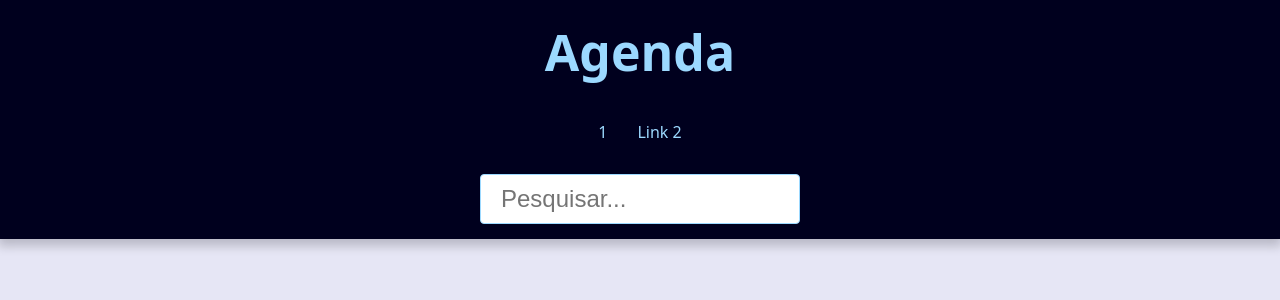
Repository: Anajuliabm248/Agenda
Page: http://localhost/
The author's editor kept a copy of each file at every save. The page is drawn from the files as they stood at one save, then again after a run of saves.
The browser window is 1280 px wide. The pictures show the whole page.
The page is served by the project's application, run on Django 5.2 (manage.py). Other server files are loaded and not shown. Queries for data that is not in the repository find no rows.

Above is the page before, as saved 2026-05-03 19:19:56.

### contact/templates/contact/index.html
{% include 'global/base.html' %}

{% block content %}
    {% if page_obj %}
        <main class="content">
            <div class="responsive-table">
                <table class="contacts-table">
                    <caption class="table-caption">
                        Contatos
                    </caption>
                    <thead>
                        <tr class="table-row table-row-header">
                            <th class="table-header">ID</th>
                            <th class="table-header">Nome</th>
                            <th class="table-header">Sobrenome</th>
                            <th class="table-header">Telefone</th>
                            <th class="table-header">E-mail</th>
                        </tr>
                    </thead>
                    <tbody>
                        {% for contact in page_obj %}
                            <tr class="table-row">
                                <td class="table-cel">
                                    <a class="table-link" href="{% url 'contact:contact' contact.id %}">{{ contact.id }}</a>
                                </td>
                                <td class="table-cel">
                                    {{ contact.first_name }}
                                </td>
                                <td class="table-cel">
                                    {{ contact.last_name }}
                                </td>
                                <td class="table-cel">
                                    {{ contact.phone }}
                                </td>
                                <td class="table-cel">
                                    {{ contact.email }}
                                </td>
                            </tr>
                        {% endfor %}
                    </tbody>
                </table>
            </div>

            {% include 'global/partials/pagination.html' %}

        </main>
    {% endif %}
{% endblock content %}

### base_templates/global/base.html
{% load static %}
<!DOCTYPE html>
<html lang="pt_BR">
<head>
    <meta charset="UTF-8">
    <title>{% block title %}{{ title }}{% endblock title %}</title>
    <link rel="stylesheet" href="{% static 'global/css/styles.css' %}">
</head>
<body>

    {% include 'global/partials/_header.html' %}

    {% block content %}

    {% endblock content %}

</body>
</html>

### base_templates/global/partials/_header.html
<header class="header">
        <h1 class="header-heading">
            <a href="{% url 'contact:index' %}" class="header-link">Agenda</a>
        </h1>
        <nav class="menu">
            <ul class="menu-list">
                <li class="menu-item">
                    <a href="{% url 'contact:create' %}" class="menu-link"> 1</a>
                </li>
                <li class="menu-item">
                    <a href="" class="menu-link">Link 2</a>
            </ul>
        </nav>

        <div class="search">
            <form action="{% url 'contact:search' %}" method="GET">
                <input type="text" name="q" id="search" class="search-input" placeholder="Pesquisar..." value="{{ search_value }}">
            </form>
        </div>
    </header>

### contact/views/contact_views.py

from django.shortcuts import redirect, render, get_object_or_404
from contact.models import Contact
from django.db.models import Q
from django.core.paginator import Paginator
# Create your views here.

def index(request):
    print('contatos | index')
    contacts = Contact.objects.filter(show=True).order_by('id')

    #o paginator do django é uma classe para a criação de paginação em lista de objetos
    #ver mais sobre ele em: https://docs.djangoproject.com/en/4.2/topics/pagination/
    paginator = Paginator(contacts, 10)  # Exibe 10 contatos por página
    page_number = request.GET.get('page')
    page_obj = paginator.get_page(page_number)

    context= {
        'title': 'Contatos -  Agenda',
        'page_obj': page_obj,
    }

    return render(
        request,
        'contact/index.html',
        context
    )

def search(request):
    search_value = request.GET.get('q', '').strip()

    if not search_value:
        return redirect('contact:index')

    #icontains é case insensitive, ou seja, não diferencia maiúsculas de minúsculas
    #icontains é um filtro de consulta do Django que é usado para realizar buscas em campos de texto;
    #Ele é utilizado para verificar se um determinado valor está contido em um campo de texto, independentemente de como as letras estão capitalizadas.
    contacts = Contact.objects \
        .filter(show=True) \
        .filter(
                Q(first_name__icontains=search_value) |
                Q(last_name__icontains=search_value)  |
                Q(phone__icontains=search_value)      |
                Q(email__icontains=search_value)
        ) \
        .order_by('id')


    paginator = Paginator(contacts, 10)  # Exibe 10 contatos por página
    page_number = request.GET.get('page')
    page_obj = paginator.get_page(page_number)

    context= {
        'title': 'Contatos -  Agenda',
        'page_obj': page_obj,
        'search_value': search_value,
    }

    return render(
        request,
        'contact/index.html',
        context
    )


def contact(request, contact_id):
    single_contact = get_object_or_404(Contact, id = contact_id, show = True)

    # O título da página é o nome do contato seguido de " - Agenda"
    site_title = f'{single_contact.first_name} {single_contact.last_name} - Agenda'

    context= {
        'title': site_title,
        'contact': single_contact,
    }

    return render(
        request,
        'contact/contact.html',
        context
    )

### Agenda/urls.py
"""
URL configuration for Agenda project.

The `urlpatterns` list routes URLs to views. For more information please see:
    https://docs.djangoproject.com/en/6.0/topics/http/urls/
Examples:
Function views
    1. Add an import:  from my_app import views
    2. Add a URL to urlpatterns:  path('', views.home, name='home')
Class-based views
    1. Add an import:  from other_app.views import Home
    2. Add a URL to urlpatterns:  path('', Home.as_view(), name='home')
Including another URLconf
    1. Import the include() function: from django.urls import include, path
    2. Add a URL to urlpatterns:  path('blog/', include('blog.urls'))
"""
from django.contrib import admin
from django.urls import path, include
from django.conf.urls.static import static
from django.conf import settings


urlpatterns = [
    path('admin/', admin.site.urls),
    path('', include('contact.urls'))
]

urlpatterns += static(settings.MEDIA_URL, document_root=settings.MEDIA_ROOT)
urlpatterns += static(settings.STATIC_URL, document_root=settings.STATIC_ROOT)

### contact/urls.py
from django.urls import path
from contact import views

app_name = 'contact'

urlpatterns = [
    path('', views.index, name='index'),
    path('search/', views.search, name='search'),
    #crud de contatos
    path('contact/<int:contact_id>/detail/', views.contact, name='contact'),
    path('contact/create/', views.create, name='create'),
]

### base_static/global/css/styles.css
:root {
  --spacing: 1.5rem;
  --link-dark-color: rgb(0, 83, 134);
  --link-light-color: rgb(156, 217, 255);
  --clr-white: rgb(245, 245, 255);
  --clr-black: rgb(0, 0, 30);
  --clr-light-gray: rgb(230, 230, 245);
  --clr-dark-shadow-5: rgba(0, 0, 10, 5%);
  --clr-dark-shadow-10: rgba(0, 0, 10, 10%);
  --clr-dark-shadow-20: rgba(0, 0, 10, 20%);
  --clr-light-shadow-5: rgba(200, 200, 255, 5%);
  --clr-light-shadow-10: rgba(200, 200, 255, 10%);
  --clr-light-shadow-20: rgba(200, 200, 255, 20%);
  --main-page-width: 120rem;
  --table-min-width: 60rem;
  --biggest-font-size: 5rem;
  --bigger-font-size: 4rem;
  --big-font-size: 3.2rem;
  --medium-font-size: 2.4rem;
  --small-font-size: 1.6rem;
  --smaller-font-size: 1.4rem;
  --smallest-font-size: 1.2rem;
  --transition-fast: 300ms;
  --transition-medium: 600ms;
  --transition-slow: 1s;
  --default-border-radius: 4px;
}

*,
*::before,
*::after {
  margin: 0;
  padding: 0;
  box-sizing: border-box;
}

html {
  font-size: 62.5%;
}

body {
  font-family: system-ui, -apple-system, BlinkMacSystemFont, 'Segoe UI', Roboto,
    Oxygen, Ubuntu, Cantarell, 'Open Sans', 'Helvetica Neue', sans-serif;
  line-height: 1.5;
  font-size: var(--small-font-size);
  color: var(--clr-black);
  -webkit-font-smoothing: antialiased;
  background: var(--clr-light-gray);
}

img,
svg {
  display: block;
  max-width: 100%;
}

.header {
  background: var(--clr-black);
  padding: var(--spacing);
  box-shadow: 0 5px 10px 2px var(--clr-dark-shadow-20);
  z-index: 1;
  position: relative;
}

.header-heading {
  font-size: var(--biggest-font-size);
  text-align: center;
}

.header-link {
  color: var(--link-light-color);
  text-decoration: none;
  transition: filter var(--transition-fast) ease-in-out;
}

.header-link:hover {
  filter: brightness(70%);
}

.menu {
  margin: var(--spacing);
}

.menu-list {
  list-style: none;
  display: flex;
  justify-content: center;
  flex-flow: row wrap;
}

.menu-link {
  display: block;
  padding: var(--spacing);
  color: var(--link-light-color);
  text-decoration: none;
  transition: background-color var(--transition-fast) ease-in-out;
  border-radius: var(--default-border-radius);
}

.menu-link:hover {
  background: var(--clr-light-shadow-10);
}

.content {
  max-width: var(--main-page-width);
  margin: calc(var(--spacing) * 2) auto;
  padding: var(--spacing);
  background: var(--clr-white);
  box-shadow: 2px 2px 5px var(--clr-dark-shadow-20);
  border-radius: var(--default-border-radius);
}

.responsive-table {
  width: 100%;
  overflow-x: auto;
}

.contacts-table {
  width: 100%;
  min-width: var(--table-min-width);
  border-collapse: collapse;
}

.table-caption {
  font-size: var(--medium-font-size);
  font-weight: bold;
  padding: var(--spacing);
}

.table-row {
  text-align: left;
  text-overflow: ellipsis;
  transition: background-color var(--transition-fast) ease-in-out;
}

.table-row:nth-of-type(2n) {
  background: var(--clr-dark-shadow-5);
}

.table-row:not(.table-row-header):hover {
  background: var(--clr-dark-shadow-10);
}

.table-row-header {
  background: var(--clr-light-gray);
  color: var(--clr-black);
}

.table-cel,
.table-header {
  padding: var(--spacing);
}

.table-link {
  color: var(--link-dark-color);
  transition: color var(--transition-fast) ease-in-out;
  text-decoration: none;
}

.table-link:hover {
  color: var(--clr-black);
}

@media (min-width: 600px) {
  .single-contact {
    max-width: 80%;
    margin: calc(var(--spacing) * 2) auto;
  }
}

.single-contact h1 {
  margin: 1rem 0;
}

.single-contact p {
  margin: 1rem 0;
}

.pagination {
  margin-top: var(--spacing);
  display: flex;
  justify-content: center;
  padding: calc(var(--spacing) * 0.8);
  font-size: var(--small-font-size);
}

.pagination .step-links {
  display: flex;
  gap: calc(var(--spacing) * 0.8);
}

.pagination .step-links a {
  color: var(--link-dark-color);
  transition: color var(--transition-fast) ease-in-out;
  text-decoration: none;
  display: block;
}

.search {
  display: flex;
  justify-content: center;
}

.search-input {
  font-size: var(--medium-font-size);
  padding: 1rem 2rem;
  width: 100%;
  max-width: 32rem;
  border-radius: var(--default-border-radius);
  border: 1px solid var(--link-light-color);
}

.search-input:focus {
  box-shadow: 0 0 15px var(--link-light-color);
}

.message {
  max-width: 600px;
  margin: var(--spacing) auto;
  margin-top: calc(var(--spacing) * 2);
  padding: var(--spacing);
  text-align: center;
  border-radius: var(--default-border-radius);
  font-size: var(--smaller-font-size);
}

.message.success {
  background: rgba(0, 255, 0, 0.3);
  border: 1px solid rgba(0, 255, 0, 90%);
}

.message.error {
  background: rgba(255, 0, 0, 0.3);
  border: 1px solid rgba(255, 0, 0, 90%);
}

.message.warning {
  background: rgba(255, 255, 0, 0.3);
  border: 1px solid rgba(255, 255, 0, 90%);
}

.form-wrapper {
  max-width: 60rem;
  margin: var(--spacing) auto;
}

.form-content {
  margin: var(--spacing) 0;
}

.form-group {
  display: flex;
  flex-direction: column;
  padding-bottom: var(--spacing);
}
.errorlist {
  list-style: none;
  font-size: var(--smaller-font-size);
  color: red;
}

.form-group:has(.errorlist) input{
  border-color:red;
}

.errorlist.nonfield {
  color: inherit;
}

.form-group p {
  margin: 1em 0;
}

.form-group .help-text,
.form-group .help-text ~ ul {
  margin: 0;
  font-size: var(--smallest-font-size);
  list-style: none;
}

.form-group input,
.form-group textarea,
.form-group select {
  padding: 1rem;
  border-radius: var(--default-border-radius);
  border: 1px solid var(--link-dark-color);
}

.form-group input:focus,
.form-group textarea:focus,
.form-group select:focus {
  outline: none;
  box-shadow: 0 0 5px var(--link-dark-color);
}

.form-group label {
  font-size: var(--smaller-font-size);
}

.btn {
  background-color: var(--link-dark-color);
  color: var(--clr-white);
  font-weight: bold;
  border: none;
  padding: 1rem 2rem;
  border-radius: var(--default-border-radius);
  cursor: pointer;
  transition: filter var(--transition-fast) ease-in-out;
}

.btn:hover {
  filter: brightness(90%);
}

.btn:focus,
.btn:active {
  filter: brightness(80%);
  box-shadow: 0 0 5px var(--link-dark-color);
}

After the next 2 saves:
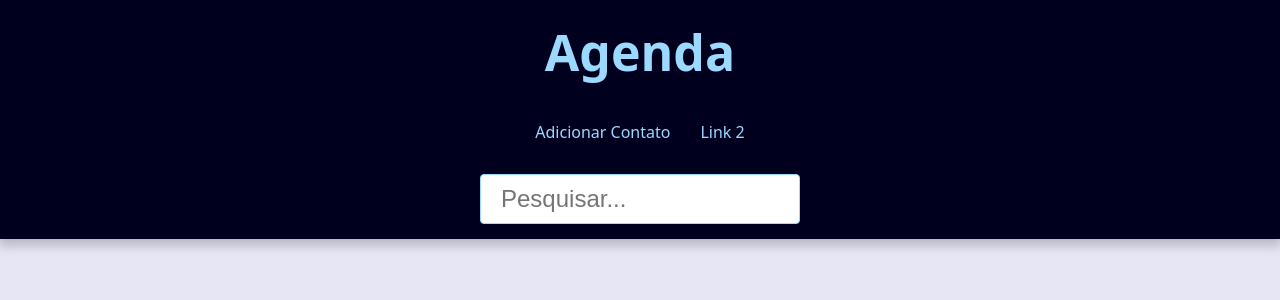
The 2 saves are shown as one change because they came seconds apart.
The last was saved 8 s later.
--- a/base_templates/global/partials/_header.html
+++ b/base_templates/global/partials/_header.html
@@ -5,7 +5,7 @@
         <nav class="menu">
             <ul class="menu-list">
                 <li class="menu-item">
-                    <a href="{% url 'contact:create' %}" class="menu-link"> 1</a>
+                    <a href="{% url 'contact:create' %}" class="menu-link">Adicionar Contato</a>
                 </li>
                 <li class="menu-item">
                     <a href="" class="menu-link">Link 2</a>
